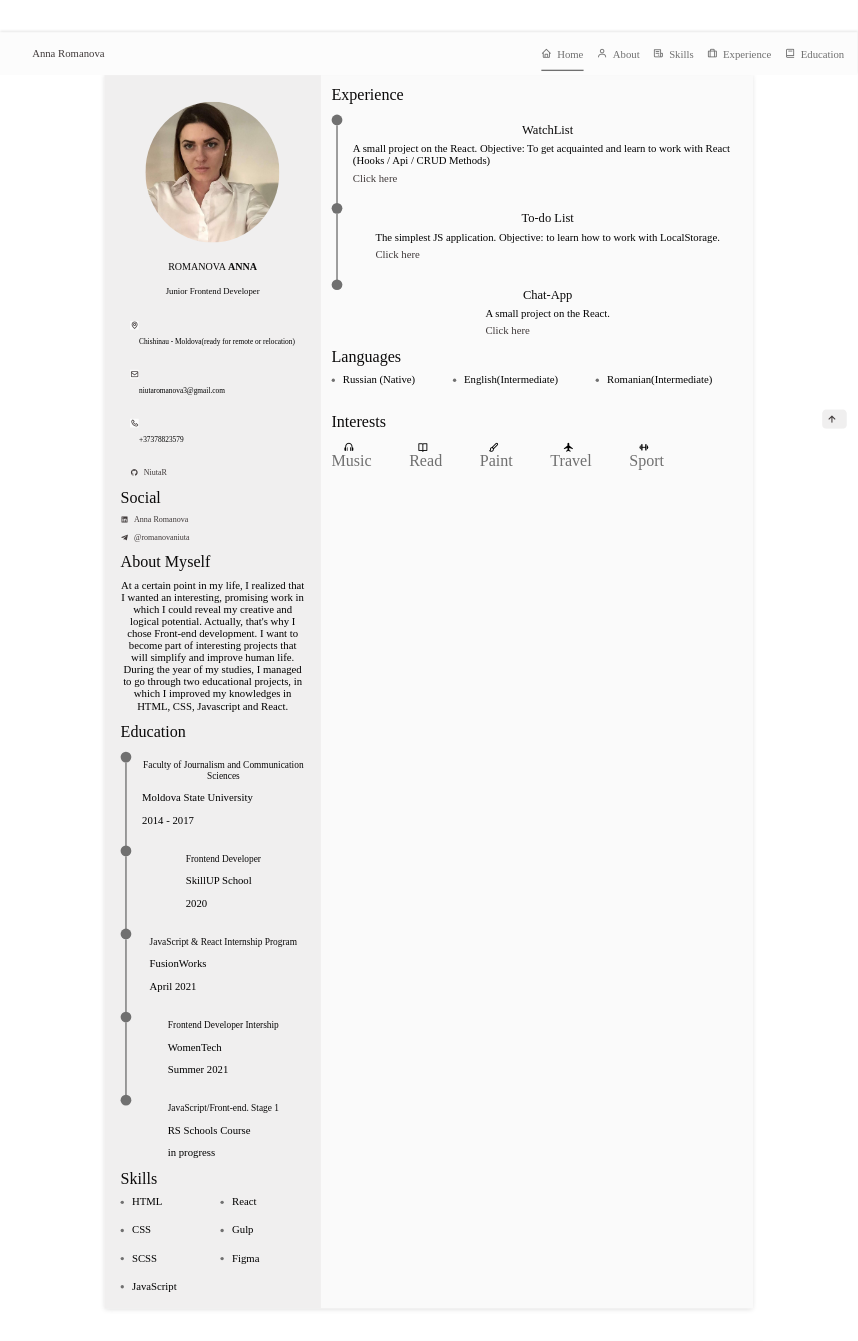
Repository: NiutaR/rsschool-cv
Page: index.html
An editor plug-in stored every save of this project. The page is shown before and after the next save, followed by the edit.
The browser window is 1280 px wide. The pictures show the whole page, at 67% of full size.

Above is the page before, as saved 2021-09-19 19:35:28.

After the next save:
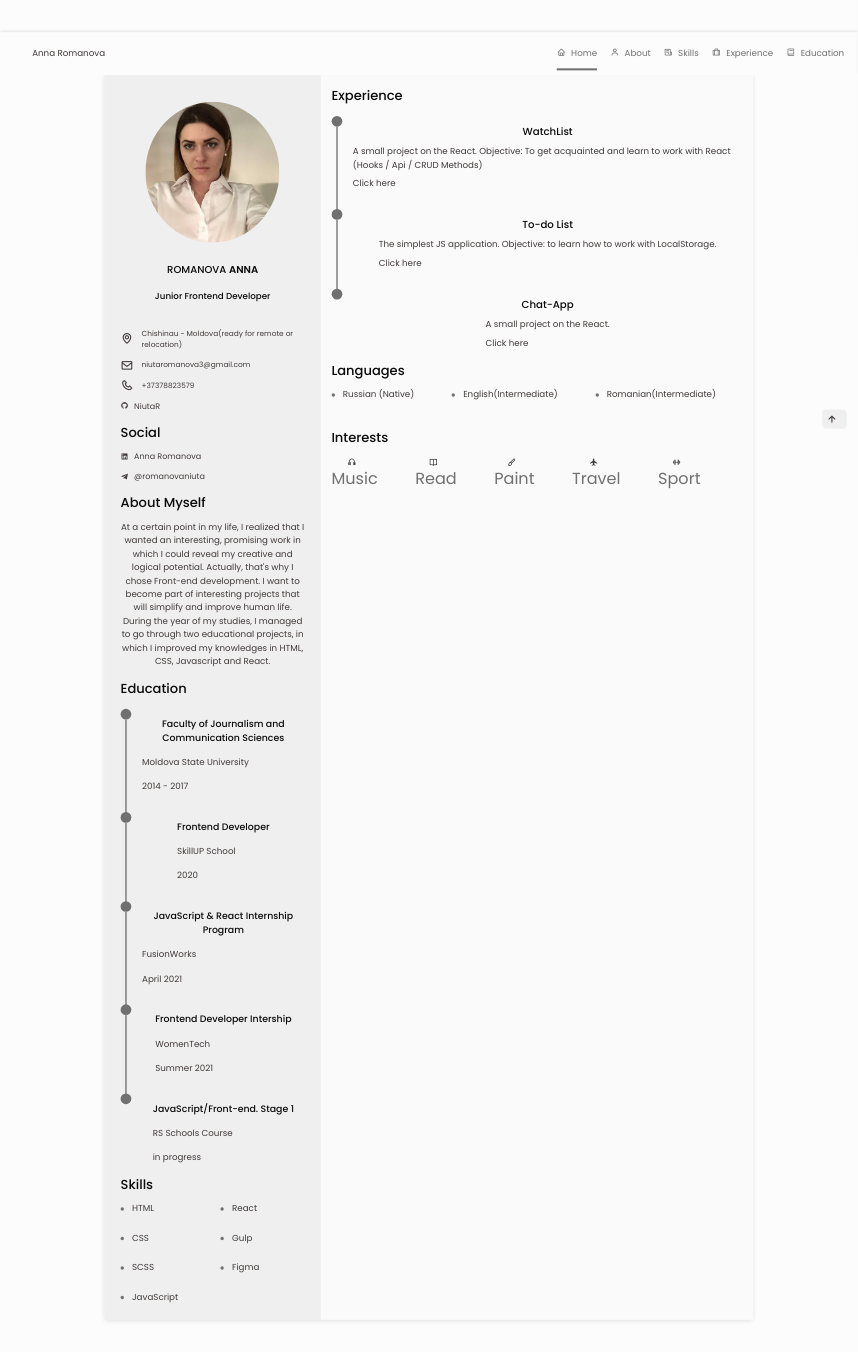
Saved 7 s later.
--- a/src/style.css
+++ b/src/style.css
@@ -82,7 +82,9 @@ body.scale-cv {
     gap: .75rem;
 }
 .scale-cv .home__icon,
-.scale-cv .soc
+.scale-cv .social__icon {
+
+}
 
 body {
     margin: 0 0 var(--header-height) 0;
